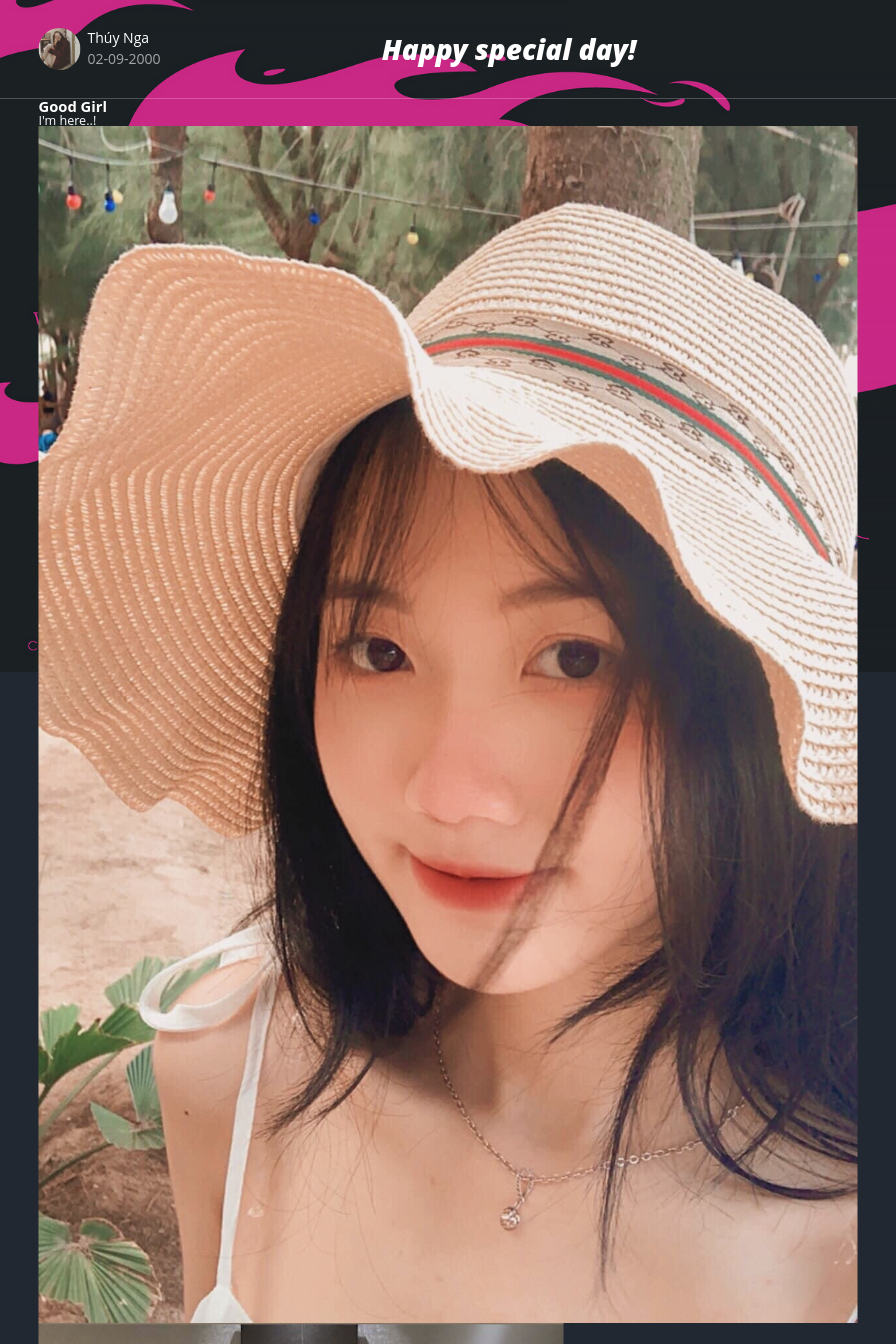
Repository: Datt21/p-happyB
Page: index.html
An editor plug-in stored every save of this project. The page is shown before and after the next save, followed by the edit.
The browser window is 1280 px wide. The pictures show the part of the page from y = 0 to 1920 px (the page is 5409 px tall before and 5609 px after), at 70% of full size.
Some icons come from a web library that is not loaded, so they are not drawn.

Above is the page before, as saved 2021-08-31 05:15:47.

### index.html
<!DOCTYPE html>
<html lang="en">
<head>
    <meta charset="UTF-8">
    <meta http-equiv="X-UA-Compatible" content="IE=edge">
    <meta name="viewport" content="width=device-width, initial-scale=1.0">
    <title>Document</title>
    <link rel="stylesheet" href="https://unicons.iconscout.com/release/v4.0.0/css/line.css">
    <link rel="stylesheet" href="./app.css">
</head>
<body>
<div class="wrapper">
    <header class="header">
        <div class="container">
            <div class="header-main">
                <div class="header-info">
                    <img src="./images/lemon.jpg" alt="" class="img-logo">
                    <div class="info">
                        <div class="info-name">Thúy Nga</div>
                        <div class="birth-day">02-09-2000 <i class="uil uil-users-alt"></i> </div>
                    </div>
                </div>

                <div class="menu">
                    <span class="text">Happy special day!</span>
                </div>

                <div class="icon-gift">
                    <a href=""><i class="uil uil-gift"></i></a>
                </div>
            </div>
        </div>
    </header>

    <main>
        <section class="about">
            <div class="container">
                <div class="you-header">
                    <h3 class="caption">Good Girl</h3>
                    <div class="heading">I'm here..!</div>
                </div>
                <div class="about-list">
                    <div class="about-item">
                        <img src="./images/img1.jpg" alt="">
                    </div>
                    <div class="about-item">
                        <img src="./images/img2.jpg" alt="">
                    </div>
                    <div class="about-item">
                        <img src="./images/img3.jpg" alt="">
                    </div>
                    <div class="about-item">
                        <img src="./images/img4.jpg" alt="">
                    </div>
                </div>
            </div>
        </section>
    </main>
</div>
    <script src="./app.js"></script>
</body>
</html>

### app.css
html {
    box-sizing: border-box;
}

* {
    margin: 0;
    padding: 0;
}

*,
*:before,
*:after {
    box-sizing: border-box;
}

a {
    text-decoration: none;
}

img {
    display: block;
    max-width: 100%;
}

html {
    scroll-behavior: smooth;
}

body {
    font-family: "Open sans", sans-serif;
    font-size: 18px;
    line-height: 1;
    color: white;
    background-color: #222831;
    overflow-x: hidden;
}

.wrapper {
    max-width: 1920px;
    margin: 0 auto;
    background: url("../images/banner.jpg") no-repeat top/100%;
    min-height: 300vh;
}

main {
    min-height: 200vh;
}
.container {
    max-width: 1200px;
    margin: 0 auto;
    padding: 0 15px;
}

.header {
    border-bottom: 1px solid rgba(255, 255, 255, 0.3);
}
.header-main {
    display: flex;
    justify-content: space-between;
    align-items: center;
    padding: 40px 0;
}
.header-info {
    display: flex;
    align-items: center;
    gap: 0 10px;
    font-size: 20px;
}

.img-logo {
    width: 60px;
    height: 60px;
    border-radius: 50%;
}

.info-name {
    padding-bottom: 10px;
}
.birth-day {
    opacity: 0.6;
}

.menu .text {
    font-style: italic;
    font-size: 40px;
    font-weight: 800;
}

.icon-gift i {
    font-size: 40px;
    color: white;
    font-weight: 600;
}

Loaded but not shown: app.js (no copy from this time; the picture is the same without it)

After the next save:
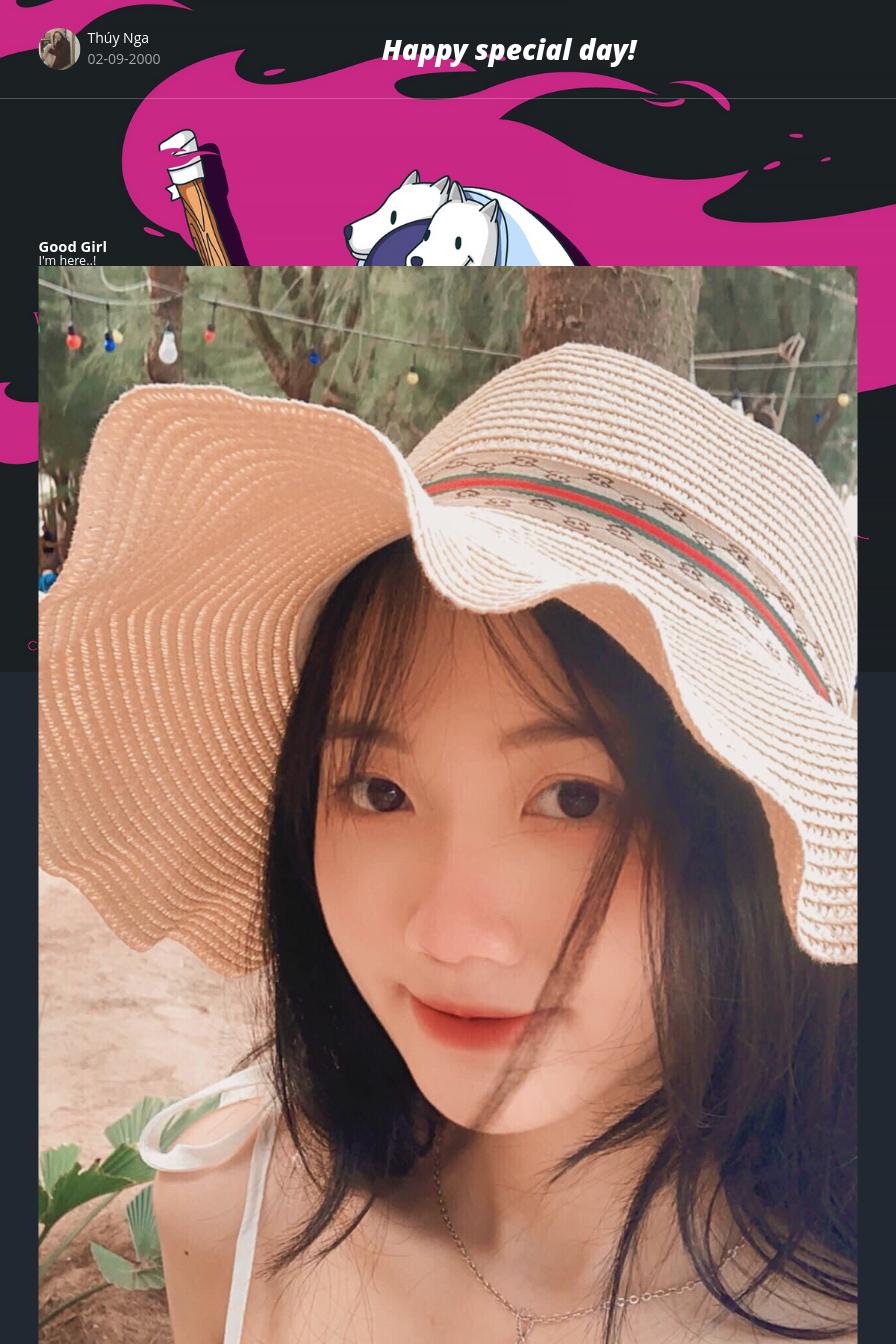
Saved 93 s later.
--- a/app.css
+++ b/app.css
@@ -33,6 +33,9 @@ body {
     color: white;
     background-color: #222831;
     overflow-x: hidden;
+}
+section[id] {
+    scroll-margin-top: 30px;
 }
 
 .wrapper {
@@ -91,3 +94,7 @@ main {
     color: white;
     font-weight: 600;
 }
+
+.about {
+    padding-top: 200px;
+}
